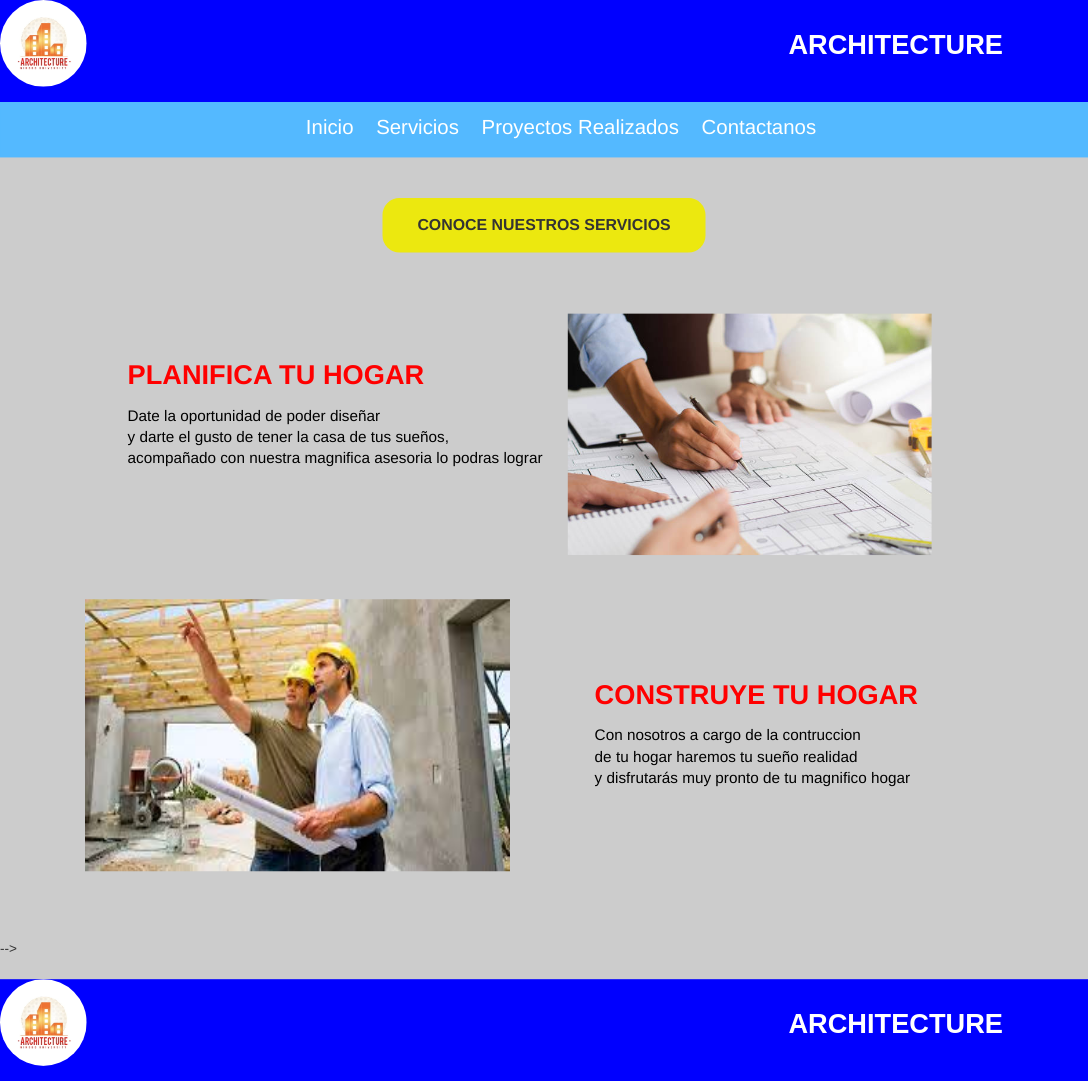
Repository: gabrielestrella18/htdocs
Page: http://localhost/arquitectos/servicios.php
An editor plug-in stored every save of this project. The page is shown before and after the next save, followed by the edit.
The browser window is 1280 px wide. The pictures show the whole page, at 85% of full size.
The page is run by PHP 8.4 with error messages shown; the project is at /var/www/html/.

Above is the page before, as saved 2023-12-07 21:44:48.

After the next save:
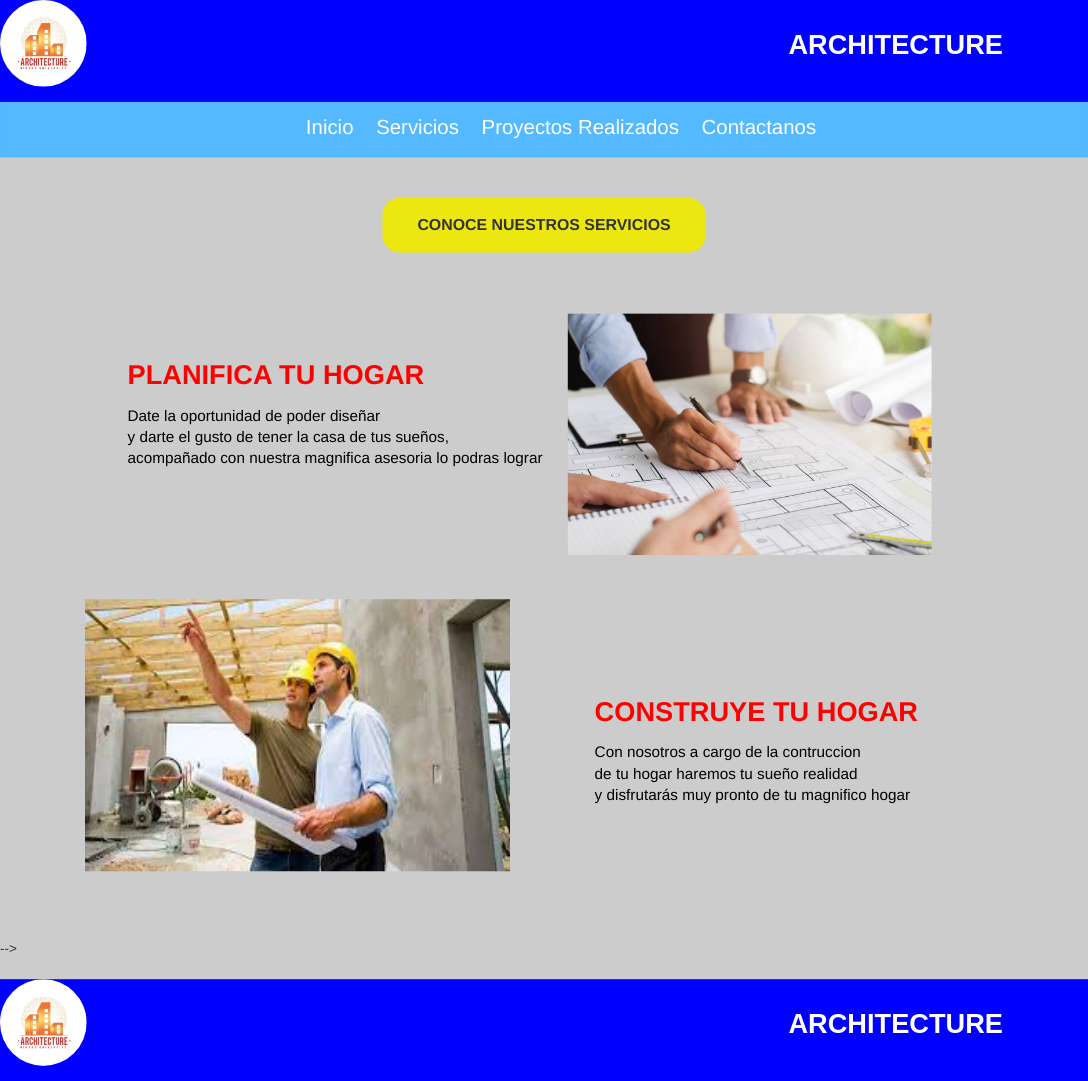
Saved 7 s later.
--- a/arquitectos/estilo.css
+++ b/arquitectos/estilo.css
@@ -175,7 +175,7 @@ p {
 .caja3 {
     float: right;
     padding-right: 200px;
-    padding-top: 100px;
+    padding-top: 120px;
 }
 
 .cons {
